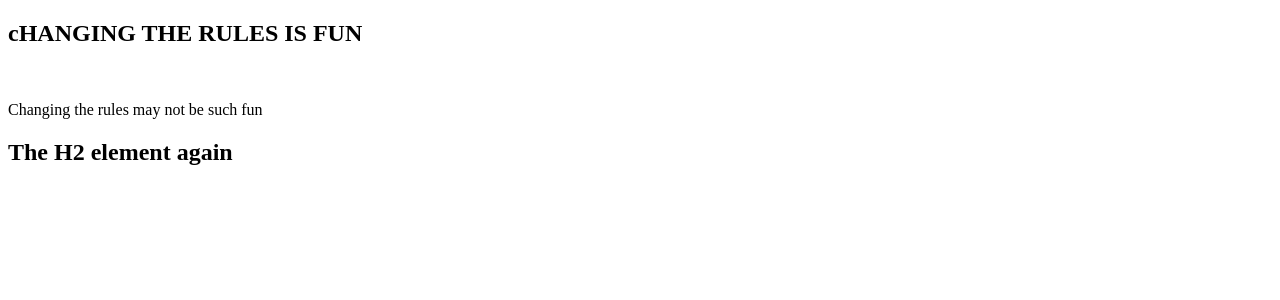
Repository: BhardwajMonika/core-java
Page: HTML2/WebContent/page1.html
The author's editor kept a copy of each file at every save. The page is drawn from the files as they stood at one save, then again after the next save.
The browser window is 1280 px wide. The pictures show the whole page.

Above is the page before, as saved 2019-02-27 05:38:59.

After the next save:
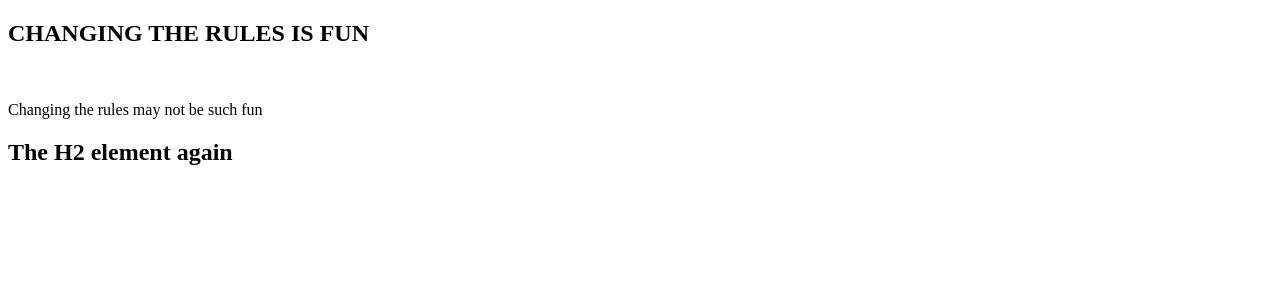
Saved 55 s later.
--- a/HTML2/WebContent/page1.html
+++ b/HTML2/WebContent/page1.html
@@ -6,7 +6,7 @@
 <link rel=stylesheet href="StyleSheet1.css" type="text/css">
 </head>
 <body>
-<H2>cHANGING THE RULES IS FUN</H2>
+<H2>CHANGING THE RULES IS FUN</H2>
 <br>
 <P class="warning"> Changing the rules may not be such fun
 <H2>The H2 element again</H2>
